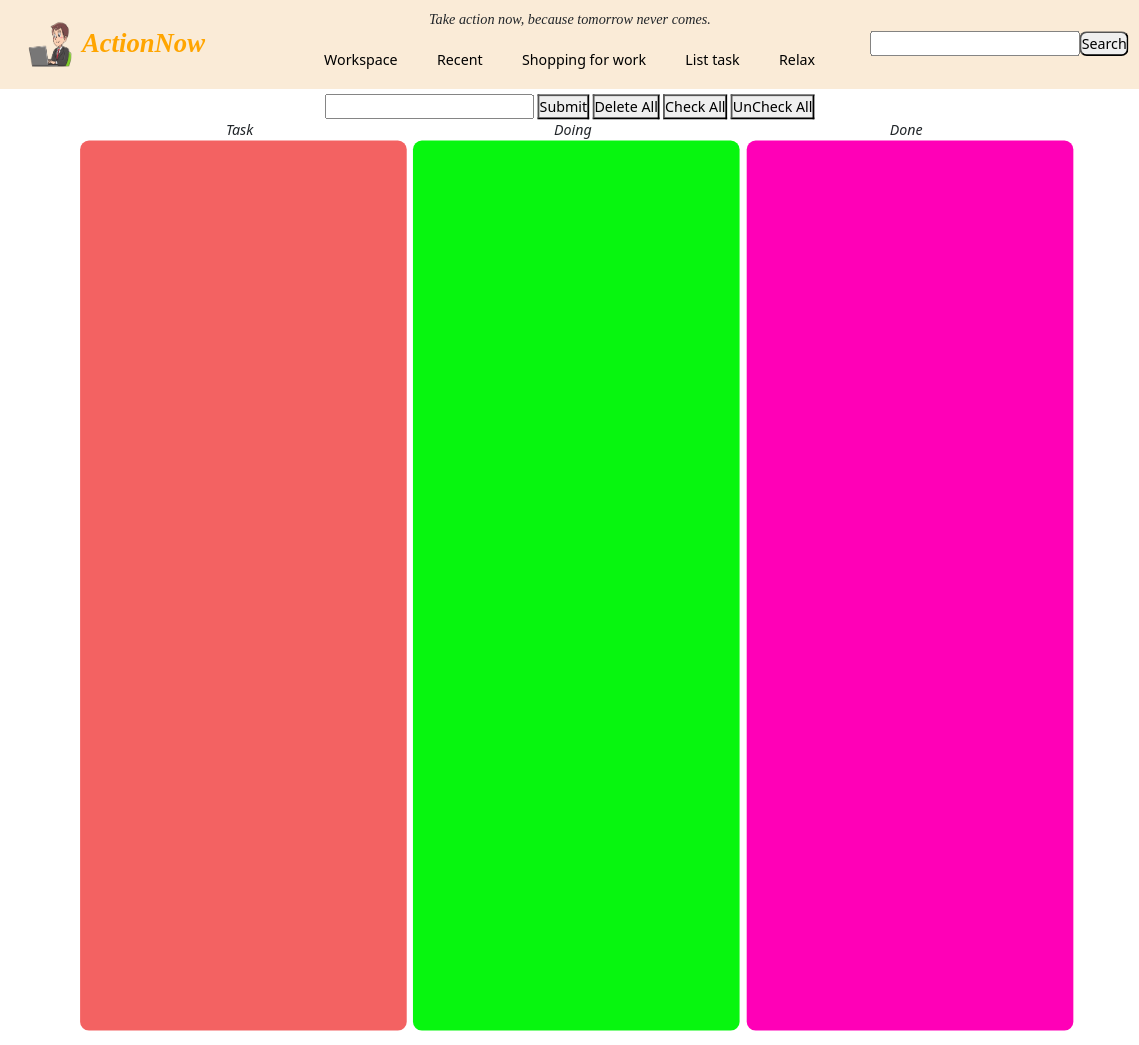
Repository: huavantinh/todo
Page: index.html
The author's editor kept a copy of each file at every save. The page is drawn from the files as they stood at one save, then again after the next save.
The browser window is 1280 px wide. The pictures show the whole page, at 89% of full size.

Above is the page before, as saved 2023-04-07 10:00:00.

### index.html
<!DOCTYPE html>
<html lang="en">

<head>
  <meta charset="UTF-8" />
  <meta http-equiv="X-UA-Compatible" content="IE=edge" />
  <meta name="viewport" content="width=device-width, initial-scale=1.0" />
  <title>Document</title>
  <link rel="stylesheet" href="./css/style.css" />
  <link rel="stylesheet" href="https://cdn.jsdelivr.net/npm/bootstrap@5.2.3/dist/css/bootstrap.min.css"
    integrity="sha384-rbsA2VBKQhggwzxH7pPCaAqO46MgnOM80zW1RWuH61DGLwZJEdK2Kadq2F9CUG65" crossorigin="anonymous" />
</head>

<body>
  <nav class="nav-bar navbar navbar-default">
    <div class="container-fluid">
      <div class="brand">
        <!-- line1top -->
        <img src="./css/img/logo-brand.png" alt="Brand" />
        <i id="i1">ActionNow</i>
        <i id="i2">Take action now, because tomorrow never comes.</i>
        <!-- search  -->
        <div class="search-box">
          <input type="text" />
          <button>Search</button>
        </div>
      </div>
      <!-- menu  -->
      <div class="nav-menu">
        <div class="list-menu">
          <a href="">Workspace</a>
          <a href="">Recent</a>
          <a href="">Shopping for work</a>
          <a href="">List task</a>
          <a href="">Relax</a>
        </div>
      </div>
    </div>
  </nav>
  <div>

    <div class="container">
      <div class="add">
        <div class="box-add">
          <div class="d-inline-block position-relative">
            <input id="input-sub" type="text" />
            <span style="
                  color: #656966;
                  font-size: 10px;
                  position: absolute;
                  bottom: 0;
                  right: 0;
                " class="message" id="new-task-message">Please enter new task!</span>
          </div>

          <button id="button-submit" onclick="submit()">Submit</button>
          <button id="delete" onclick="deleteAll()">Delete All</button>
          <button id="checkall" onclick="checkAll(this)">Check All</button>
          <button id="uncheckall" onclick="unCheckAll(this)">
            UnCheck All
          </button>
        </div>
      </div>
      <div class="table">
        <div class="tasklist col-list">
          <i id="i1">Task</i>
          <div id="products" class="col-item col-1"></div>
        </div>

        <div class="doinglist col-list">
          <i id="i2">Doing</i>
          <div id="idoing" class="col-item col-2"></div>
        </div>

        <div class="donelist col-list">
          <i id="i3">Done</i>
          <div id="idoing" class="col-item col-3"></div>
        </div>

      </div>
    </div>
  </div>
  </div>

  <script src="https://code.jquery.com/jquery-3.6.4.min.js"
    integrity="sha256-oP6HI9z1XaZNBrJURtCoUT5SUnxFr8s3BzRl+cbzUq8=" crossorigin="anonymous"></script>
  <script type="text/javascript" src="https://cdn.jsdelivr.net/npm/bootstrap@5.2.3/dist/js/bootstrap.min.js"></script>
  <script src="./app.js"></script>
</body>

</html>

### css/style.css
/* resetcss */
*{
    padding: 0;
    margin: 0;
}

/* Nav */
.container-fluid{
    position: fixed;
    top: 0;
    left: 0;
    right: 0;
    z-index: 99999;
    background-color: antiquewhite;
}


.brand{
    position: relative;
    display: flex;
    width: 100%;
    height: 50px;
}
.nav-menu{
    display: flex;
    justify-content: center;
    width: 100%;
    height: 50px;
    border-radius: 10px;
}
.nav-menu .list-menu{
    position: absolute;
    justify-content: center;
    align-items: center;
    margin-top: 5px;
}
.nav-menu .list-menu a{
    color: black;
    text-decoration: none;
    font-family: inherit;
    font-weight: 450;
    margin: 0 20px;
}
.brand .search-box{
    justify-content: center;
    align-items: center;
    position: absolute;
    right: 0;
    top: 70%;
    display: flex;
    border: none;
    cursor: pointer;
}

.search-box button {
    border-radius: 8px;
}

.search-box button:hover {
    background-color:orange;;
    border-radius: 8px;
}
.brand img {
    position: relative;
    left: 20px;
    position: relative;
    top: 50%;
    width: 50px;
    height: 50px;
    border-color: orange;
}
.brand #i1{
    position: relative;
    left: 20px;
    top: 30%;
    margin: 10px;
    float: left;
    width: 390px;
    max-width: 400px;
    font-size: 30px;
    color: orange;
    font-family: cursive;
    font-weight: 700;
}

.brand #i2{
    justify-content: center;
    align-items: center;
    margin: 10px;
    width: 390px;
    max-width: 400px;
    font-family: cursive;
    font-weight: 500;
}

body{
    position: relative;
    padding-top: 90px;
}


/* content  */
.add  {
    display: flex;
}
.box-add{
    margin: auto ;
}

.message
{
    display: none;
}
.error-message {
    display: inline;;
}

.table {
    display: flex;
    width: 100%;
    position: relative;
}

.table .col-list {
    width: 100% / 3;

}

.table .col-item {
    display: flex;
    float: left;
    width: calc(1116px / 3 - 5px );
    height: 1000px;
    justify-content: center;
    background-color: rgb(231, 227, 108);
    border-radius: 10px;
    margin-left: 7.5px;
}

.table .col-2 {
    background-color: rgb(7, 246, 15);
}

.table .col-3 {
    background-color: rgb(255, 0, 183);
}


.table .col-list i {
    display: block;
    text-align: center;;
}

.tasklist #products {
    float: left;
    border-radius: 10px;
    width: calc(1116px / 3 - 5px );
    justify-content: center;
    background-color: rgb(243, 98, 98);
    display: inline;
}

#products .product1 {
    position: relative;
    margin-left: 10px;
    border-bottom: 1px solid #636363 ;
    height: 30px;
    align-items: center;
    display: flex;
}
#products .product1 .taskname{
    position: absolute;
    text-overflow: clip;
    display: block;
    width: 75%;
    top: 2px;
}

.checkbox {
    position: absolute;
    margin-right: 10px;
    color: aquamarine;
    right: 70px;
    top: 8px;
}

.product1 button {
    border-radius: 10px;
    background-color: #d6d6d6;
    max-height: 90%;
    position: absolute;
    margin-left: 280px;
}

### app.js
let todos =
  localStorage && localStorage.getItem("todolist")
    ? JSON.parse(localStorage.getItem("todolist"))
    : [];

function submit() {
  let textBox = document.getElementById("input-sub");
  let content = textBox.value;
  let randId = Math.random(); // 0.1235
  document.getElementById("new-task-message").classList.add("error-message");
  if (content == "") {
    onkeydown = function () {
      document
        .getElementById("new-task-message")
        .classList.remove("error-message");
    };
    return;
  } else {
    addContent(content, randId);

    textBox.value = "";

    //f5 =>
    todos.push(content);
    setstorages()
  }
}

function setstorages() {
  localStorage && localStorage.setItem("todolist", JSON.stringify(todos));
}

function addContent(content, randId) {
  document.getElementById("new-task-message").classList.remove("error-message");

  $("#products").append(
    '<div style="color: black" class="product1" id="row' + randId + '">' +
      '<div class="taskname">' + content + '</div>' +
      '<div class="checkbox-item"><input id="' +
      '"  class="checkbox" type="checkbox"  onclick="checkItem(event)"/></div> <button class"delete-item" onclick="deleteItem(event)">Delete</button>' +
      "</div>"
  );
}

function deleteAll() {
  var products = document.getElementById("products");
  products.innerHTML = "";
}

function checkAll() {
  var checkboxes = document.getElementsByClassName("checkbox");
  for (var checkbox of checkboxes) {
    checkbox.checked = true;
    checkbox.closest("div").parentNode.style.color = "red";
  }
}

function unCheckAll() {
  var checkboxes = document.getElementsByClassName("checkbox");
  for (var checkbox of checkboxes) {
    checkbox.checked = false;
    checkbox.closest("div").parentNode.style.color = "orange";
  }
}
var textBox2 = document.getElementById("input-sub");
textBox2.addEventListener("keyup", function (event) {
  if (event.keyCode === 13) {
    submit();
  }
});

function deleteItem(event) {
  var products = document.getElementById("products");
  var arraypro= document.getElementsByClassName("product1");
  var div = event.currentTarget.parentNode;
  console.log(div)
  // debugger;
  // console.log(idiv);
  let index1 = Array.prototype.indexOf.call(arraypro, div );
  // let index = todos.indexOf(tex)
  let index2 = Array.prototype.indexOf.call(todos, index1);
  // console.log(index);
  console.log(index2);

  todos.splice(index2,1);
  products.removeChild(div);
  setstorages()
}


function checkItem(event) {
  var currenti = event.currentTarget;
  var color = currenti.checked ? "red" : "orange";
  var bgcolor = currenti.checked ? "blue" : "";
  currenti.closest("div").parentNode.style.color = color;
  currenti.closest("div").parentNode.style.backgroundColor = bgcolor;
}

document.addEventListener("DOMContentLoaded", function () {
  if (Array.isArray && todos.length > 0) {
    todos.forEach(function printlocal(content, index) {
      addContent(content, index);
    });
  }
});

After the next save:
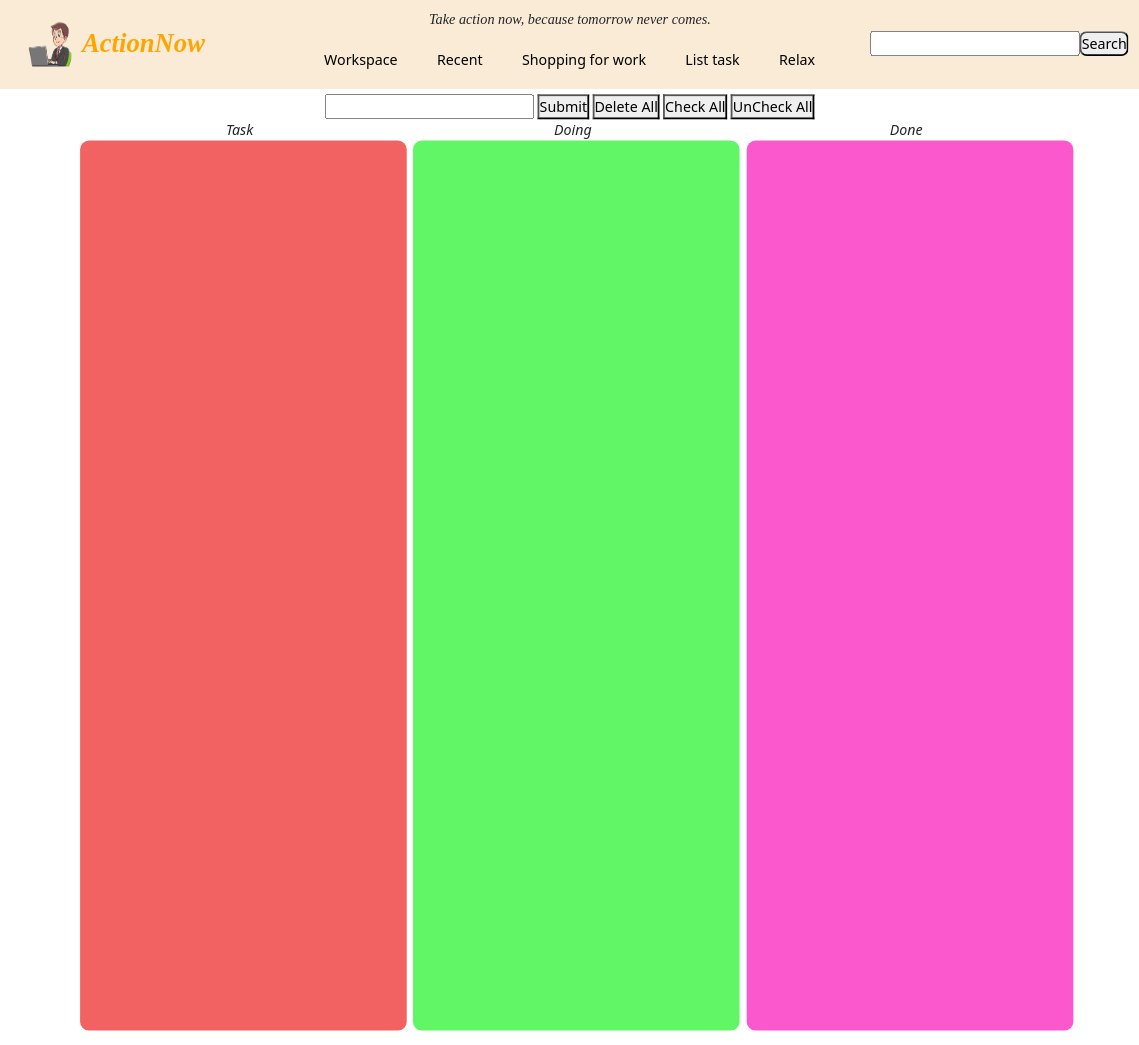
Saved 21 s later.
--- a/css/style.css
+++ b/css/style.css
@@ -138,11 +138,11 @@ body{
 }
 
 .table .col-2 {
-    background-color: rgb(7, 246, 15);
+    background-color: rgb(96, 246, 101);
 }
 
 .table .col-3 {
-    background-color: rgb(255, 0, 183);
+    background-color: rgb(252, 88, 206);
 }
 
 
